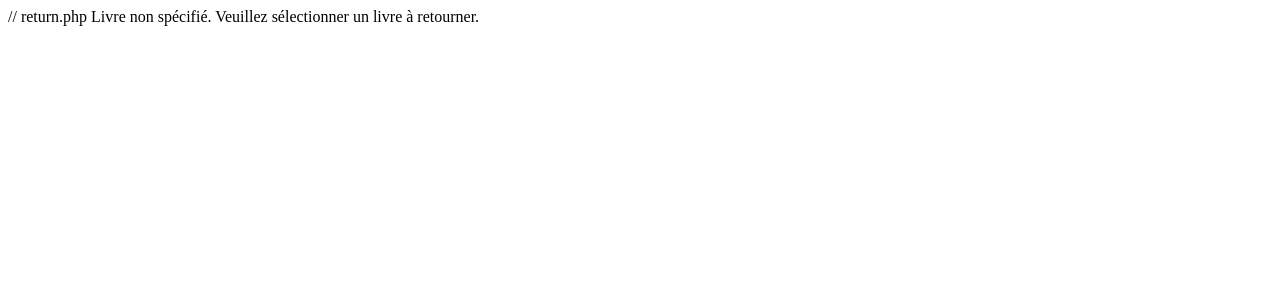
Repository: Eurin-lumen/space
Page: http://localhost/user/return.php
These files come from the project's save history. The page is drawn as it stood at one moment and after the next save; the edit follows.
The browser window is 1280 px wide. The pictures show the whole page.
The page is run by PHP 8.4 with error messages shown; the project is at /var/www/html/. The session is filled in as if someone had signed in: {"user_id": 1}. Other server files are loaded and not shown.

Above is the page before, as saved 2023-07-23 03:50:29.

### user/return.php
// return.php

<?php
require_once '../includes/config.php';
require_once '../includes/functions.php';

session_start();
if (!isset($_SESSION['user_id'])) {
    header('Location: login.php');
    exit();
}

if (isset($_GET['id'])) {
    $bookId = $_GET['id'];

    $user_id = $_SESSION['user_id'];

    // Retourner le livre
    if (returnBook($user_id, $bookId)) {
        header('Location: profile.php');
        exit();
    } else {
        echo "Une erreur s'est produite lors du retour du livre. Veuillez réessayer.";
    }
} else {
    echo "Livre non spécifié. Veuillez sélectionner un livre à retourner.";
}
?>

### includes/config.php
<?php
// Configuration de la base de données
define('DB_HOST', 'localhost'); // Adresse du serveur de la base de données
define('DB_USER', 'root'); // Nom d'utilisateur de la base de données
define('DB_PASS', ''); // Mot de passe de la base de données
define('DB_NAME', 'library_management'); // Nom de la base de données

// Connexion à la base de données
$conn = mysqli_connect(DB_HOST, DB_USER, DB_PASS, DB_NAME);

// Vérifier la connexion
if (!$conn) {
    die("La connexion à la base de données a échoué : " . mysqli_connect_error());
}
?>

### includes/functions.php
<?php
require_once 'config.php';
///* CAPITAINE *////

// Fonction pour récupérer tous les livres de la base de données
function getAllBooks() {
    global $conn;

    $sql = "SELECT * FROM books";
    $result = mysqli_query($conn, $sql);

    $books = array();

    while ($row = mysqli_fetch_assoc($result)) {
        $books[] = $row;
    }

    return $books;
}


//**END CAPITAINE */

// Fonction pour vérifier les informations de connexion de l'utilisateur
function checkLogin($username, $password) {
    global $conn;
    $sql = "SELECT id, password FROM users WHERE username = ?";
    $stmt = mysqli_prepare($conn, $sql);

    if (!$stmt) {
        return false;
    }

    mysqli_stmt_bind_param($stmt, "s", $username);
    mysqli_stmt_execute($stmt);
    mysqli_stmt_bind_result($stmt, $user_id, $hashed_password);
    mysqli_stmt_fetch($stmt);
    mysqli_stmt_close($stmt);

    // Vérifier si le mot de passe haché correspond au mot de passe saisi
    if (password_verify($password, $hashed_password)) {
        return $user_id;
    } else {
        return false;
    }
}

// Fonction pour ajouter un nouvel utilisateur
function addUser($username, $hashed_password) {
    global $conn;
    $sql = "INSERT INTO users (username, password) VALUES (?, ?)";
    $stmt = mysqli_prepare($conn, $sql);

    if (!$stmt) {
        return false;
    }

    mysqli_stmt_bind_param($stmt, "ss", $username, $hashed_password);
    $result = mysqli_stmt_execute($stmt);
    mysqli_stmt_close($stmt);

    return $result;
}

// Fonction pour récupérer les informations de l'utilisateur par son ID
function getUserById($user_id) {
    global $conn;
    $sql = "SELECT id, username, role FROM users WHERE id = ?";
    $stmt = mysqli_prepare($conn, $sql);

    if (!$stmt) {
        return null;
    }

    mysqli_stmt_bind_param($stmt, "i", $user_id);
    mysqli_stmt_execute($stmt);
    mysqli_stmt_bind_result($stmt, $id, $username, $role);
    mysqli_stmt_fetch($stmt);
    mysqli_stmt_close($stmt);

    if (!$id) {
        return null;
    }

    return ['id' => $id, 'username' => $username, 'role' => $role];
}

// Fonction pour récupérer les informations de l'utilisateur par son nom d'utilisateur
function getUserByUsername($username) {
    global $conn;
    $sql = "SELECT id, username FROM users WHERE username = ?";
    $stmt = mysqli_prepare($conn, $sql);

    if (!$stmt) {
        return null;
    }

    mysqli_stmt_bind_param($stmt, "s", $username);
    mysqli_stmt_execute($stmt);
    mysqli_stmt_bind_result($stmt, $id, $username);
    mysqli_stmt_fetch($stmt);
    mysqli_stmt_close($stmt);

    if (!$id) {
        return null;
    }

    return ['id' => $id, 'username' => $username];
}


// Fonction pour récupérer les livres empruntés par un utilisateur par son ID
function getBorrowedBooksByUserId($user_id) {
    global $conn;

    $sql = "SELECT books.title, books.author, books.borrow_date FROM borrowed_books JOIN books ON borrowed_books.book_id = books.id WHERE borrowed_books.user_id = ?";
    $stmt = mysqli_prepare($conn, $sql);

    if (!$stmt) {
        return array();
    }

    mysqli_stmt_bind_param($stmt, "i", $user_id);

    if (mysqli_stmt_execute($stmt)) {
        $result = mysqli_stmt_get_result($stmt);
        $borrowedBooks = array();
        while ($book = mysqli_fetch_assoc($result)) {
            $borrowedBooks[] = $book;
        }
        return $borrowedBooks;
    } else {
        return array();
    }
}

// Fonction pour récupérer les informations d'un livre à partir de son identifiant
function getBookById($bookId) {
    global $conn;

    // Préparer la requête SQL pour récupérer les informations du livre
    $sql = "SELECT * FROM books WHERE id = ?";
    $stmt = mysqli_prepare($conn, $sql);

    // Vérifier si la préparation de la requête a réussi
    if (!$stmt) {
        return null; // Une erreur s'est produite lors de la préparation de la requête
    }

    mysqli_stmt_bind_param($stmt, "i", $bookId);

    // Exécuter la requête
    if (mysqli_stmt_execute($stmt)) {
        // Récupérer le résultat de la requête
        $result = mysqli_stmt_get_result($stmt);

        // Vérifier si un livre a été trouvé
        if (mysqli_num_rows($result) === 1) {
            // Récupérer les informations du livre
            $book = mysqli_fetch_assoc($result);
            return $book; // Retourner les informations du livre
        } else {
            return null; // Aucun livre trouvé avec l'identifiant donné
        }
    } else {
        return null; // Une erreur s'est produite lors de l'exécution de la requête
    }
}


// Fonction pour emprunter un livre
function borrowBook($userId, $bookId) {
    global $conn;

    // Vérifier le nombre d'emprunts en cours de l'utilisateur
    $borrowedBooksCount = getBorrowedBooksCount($userId);
    if ($borrowedBooksCount >= 3) {
        return false; // Limite d'emprunts atteinte, impossible d'emprunter plus de livres
    }

    // Vérifier si le livre est disponible (au moins une copie disponible)
    $book = getBookById($bookId);
    if ($book['copies'] <= 0) {
        return false; // Livre indisponible, aucune copie disponible pour l'emprunt
    }

    // Préparer la requête SQL pour enregistrer l'emprunt du livre
    $sql = "INSERT INTO borrowings (user_id, book_id, borrow_date) VALUES (?, ?, NOW())";
    $stmt = mysqli_prepare($conn, $sql);

    // Vérifier si la préparation de la requête a réussi
    if (!$stmt) {
        return false; // Une erreur s'est produite lors de la préparation de la requête
    }

    mysqli_stmt_bind_param($stmt, "ii", $userId, $bookId);

    // Exécuter la requête
    if (mysqli_stmt_execute($stmt)) {
        // Mettre à jour le nombre de copies disponibles du livre
        $updatedCopies = $book['copies'] - 1;
        updateBookCopies($bookId, $updatedCopies);
        return true; // Livre emprunté avec succès
    } else {
        return false; // Une erreur s'est produite lors de l'emprunt du livre
    }
}

// Fonction pour retourner un livre
function returnBook($userId, $bookId) {
    global $conn;

    // Vérifier si l'utilisateur a emprunté le livre
    if (!isBookBorrowedByUser($userId, $bookId)) {
        return false; // L'utilisateur n'a pas emprunté ce livre, impossible de le retourner
    }

    // Préparer la requête SQL pour supprimer l'emprunt du livre
    $sql = "DELETE FROM borrowings WHERE user_id = ? AND book_id = ?";
    $stmt = mysqli_prepare($conn, $sql);

    // Vérifier si la préparation de la requête a réussi
    if (!$stmt) {
        return false; // Une erreur s'est produite lors de la préparation de la requête
    }

    mysqli_stmt_bind_param($stmt, "ii", $userId, $bookId);

    // Exécuter la requête
    if (mysqli_stmt_execute($stmt)) {
        // Mettre à jour le nombre de copies disponibles du livre
        $book = getBookById($bookId);
        $updatedCopies = $book['copies'] + 1;
        updateBookCopies($bookId, $updatedCopies);
        return true; // Livre retourné avec succès
    } else {
        return false; // Une erreur s'est produite lors du retour du livre
    }
}


// Fonction pour récupérer le nombre d'emprunts d'un utilisateur
function getBorrowedBooksCount($userId) {
    global $conn;

    // Préparer la requête SQL pour compter le nombre d'emprunts de l'utilisateur
    $sql = "SELECT COUNT(*) AS count FROM borrowings WHERE user_id = ?";
    $stmt = mysqli_prepare($conn, $sql);

    // Vérifier si la préparation de la requête a réussi
    if (!$stmt) {
        return 0; // Une erreur s'est produite lors de la préparation de la requête
    }

    mysqli_stmt_bind_param($stmt, "i", $userId);

    // Exécuter la requête
    mysqli_stmt_execute($stmt);

    // Récupérer le résultat de la requête
    $result = mysqli_stmt_get_result($stmt);

    // Récupérer le nombre d'emprunts
    $row = mysqli_fetch_assoc($result);
    $count = $row['count'];

    return $count;
}


// Fonction pour vérifier si un livre est emprunté par un utilisateur
function isBookBorrowedByUser($userId, $bookId) {
    global $conn;

    // Préparer la requête SQL pour vérifier si le livre est emprunté par l'utilisateur
    $sql = "SELECT * FROM borrowings WHERE user_id = ? AND book_id = ?";
    $stmt = mysqli_prepare($conn, $sql);

    // Vérifier si la préparation de la requête a réussi
    if (!$stmt) {
        return false; // Une erreur s'est produite lors de la préparation de la requête
    }

    mysqli_stmt_bind_param($stmt, "ii", $userId, $bookId);

    // Exécuter la requête
    mysqli_stmt_execute($stmt);

    // Récupérer le résultat de la requête
    $result = mysqli_stmt_get_result($stmt);

    // Vérifier si le livre est emprunté par l'utilisateur
    if (mysqli_num_rows($result) > 0) {
        return true; // Le livre est emprunté par l'utilisateur
    } else {
        return false; // Le livre n'est pas emprunté par l'utilisateur
    }
}

// Fonction pour rechercher des livres par titre ou auteur
function searchBooks($keyword) {
    global $conn;
    $sql = "SELECT * FROM books WHERE title LIKE ? OR author LIKE ?";
    $stmt = mysqli_prepare($conn, $sql);

    if (!$stmt) {
        return null;
    }

    $searchKeyword = "%" . $keyword . "%";
    mysqli_stmt_bind_param($stmt, "ss", $searchKeyword, $searchKeyword);
    mysqli_stmt_execute($stmt);
    $result = mysqli_stmt_get_result($stmt);
    mysqli_stmt_close($stmt);

    $books = array();
    while ($row = mysqli_fetch_assoc($result)) {
        $books[] = $row;
    }

    return $books;
}


/** PART ADMIN */

function getAdminById($admin_id) {
    global $conn;
    $sql = "SELECT id, username FROM admins WHERE id = ?";
    $stmt = mysqli_prepare($conn, $sql);

    if (!$stmt) {
        return null;
    }

    mysqli_stmt_bind_param($stmt, "i", $admin_id);
    mysqli_stmt_execute($stmt);
    mysqli_stmt_bind_result($stmt, $id, $username);
    mysqli_stmt_fetch($stmt);
    mysqli_stmt_close($stmt);

    if (!$id) {
        return null;
    }

    return ['id' => $id, 'username' => $username];
}

function getAdminByUsername($username) {
    global $conn;
    $sql = "SELECT id, username, password FROM admins WHERE username = ?";
    $stmt = mysqli_prepare($conn, $sql);

    if (!$stmt) {
        return null;
    }

    mysqli_stmt_bind_param($stmt, "s", $username);
    mysqli_stmt_execute($stmt);
    mysqli_stmt_bind_result($stmt, $id, $username, $hashedPassword);
    mysqli_stmt_fetch($stmt);
    mysqli_stmt_close($stmt);

    if (!$id) {
        return null;
    }

    return ['id' => $id, 'username' => $username, 'password' => $hashedPassword];
}

// Fonction pour enregistrer un nouvel administrateur

function registerAdmin($username, $password, $confirm_password) {
    global $conn;

    // Vérifier si les mots de passe correspondent
    if ($password !== $confirm_password) {
        return false; // Les mots de passe ne correspondent pas
    }

    // Vérifier si l'administrateur existe déjà dans la base de données
    $query = "SELECT id FROM admins WHERE username = ?";
    $stmt = mysqli_prepare($conn, $query);

    if (!$stmt) {
        return false; // Une erreur s'est produite lors de la préparation de la requête
    }

    mysqli_stmt_bind_param($stmt, "s", $username);
    mysqli_stmt_execute($stmt);
    mysqli_stmt_store_result($stmt);

    if (mysqli_stmt_num_rows($stmt) > 0) {
        return false; // L'administrateur existe déjà
    }

    // Hasher le mot de passe avant de l'enregistrer dans la base de données
    $hashed_password = password_hash($password, PASSWORD_DEFAULT);

    // Insérer le nouvel administrateur dans la base de données
    $query = "INSERT INTO admins (username, password) VALUES (?, ?)";
    $stmt = mysqli_prepare($conn, $query);

    if (!$stmt) {
        return false; // Une erreur s'est produite lors de la préparation de la requête
    }

    mysqli_stmt_bind_param($stmt, "ss", $username, $hashed_password);

    if (mysqli_stmt_execute($stmt)) {
        return true; // L'administrateur a été enregistré avec succès
    } else {
        return false; // Une erreur s'est produite lors de l'enregistrement de l'administrateur
    }
}

After the next save:
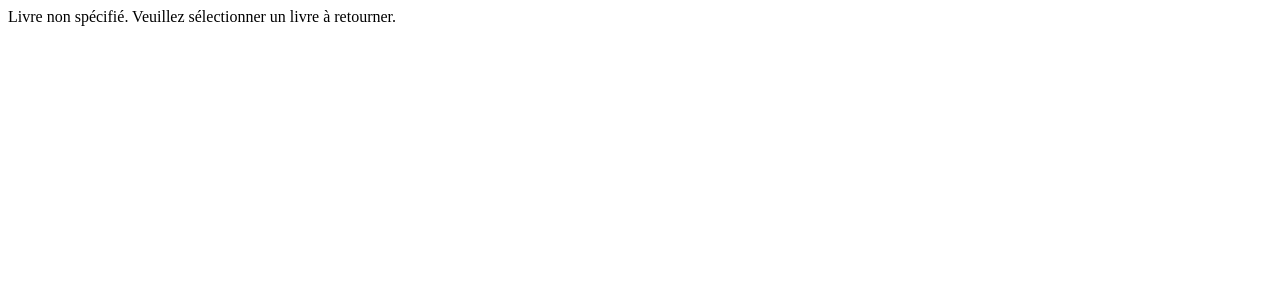
Saved 22 s later.
--- a/user/return.php
+++ b/user/return.php
@@ -1,5 +1,3 @@
-// return.php
-
 <?php
 require_once '../includes/config.php';
 require_once '../includes/functions.php';
